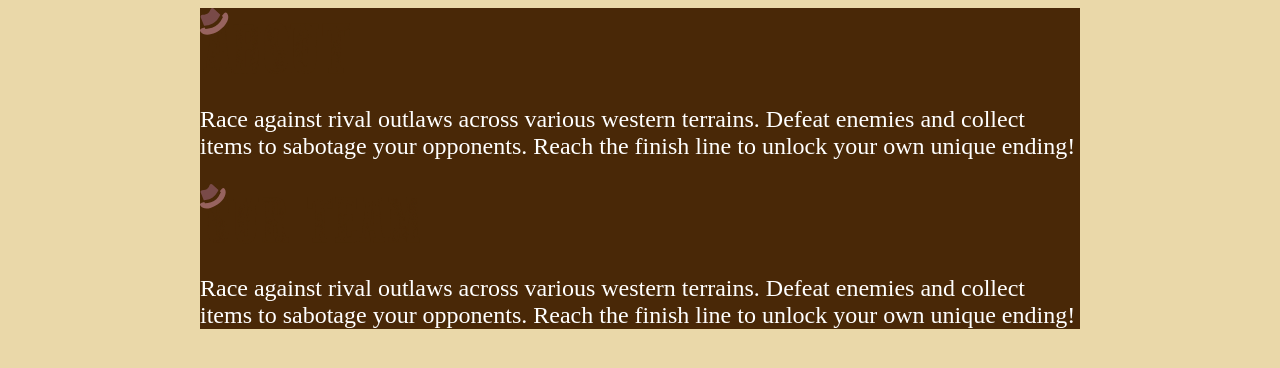
Repository: AlyssaHug/Bandit-Breakout
Page: index.html
The author's editor kept a copy of each file at every save. The page is drawn from the files as they stood at one save, then again after the next save.
The browser window is 1280 px wide. The pictures show the whole page.
Some web fonts or font styles are not loaded; a fallback is used.

Above is the page before, as saved 2025-05-06 12:21:58.

After the next save:
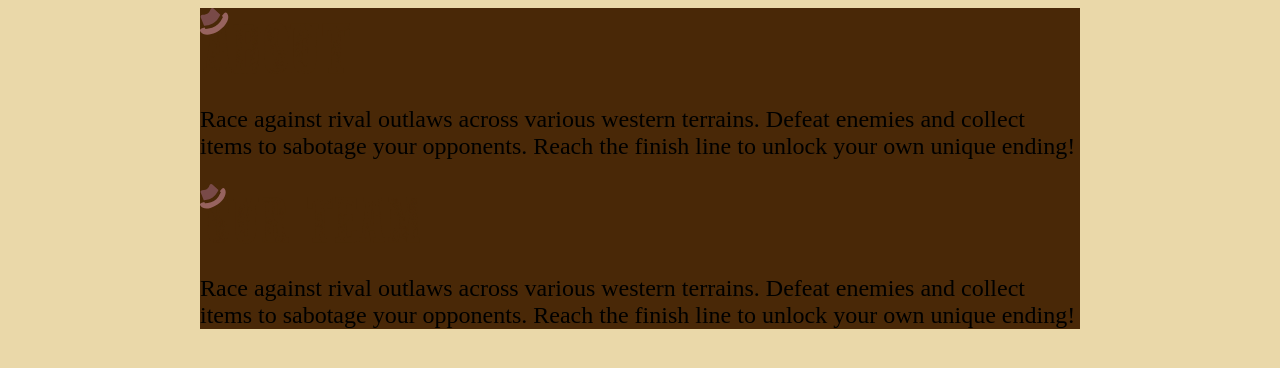
Saved 29 s later.
--- a/styles.css
+++ b/styles.css
@@ -36,7 +36,6 @@ html {
 .about_section-text {
     font-size: var(--font-size-h4);
     font-family: var(--font-wellfleet);
-    color: white;
 }
 
 .team_section-heading {
